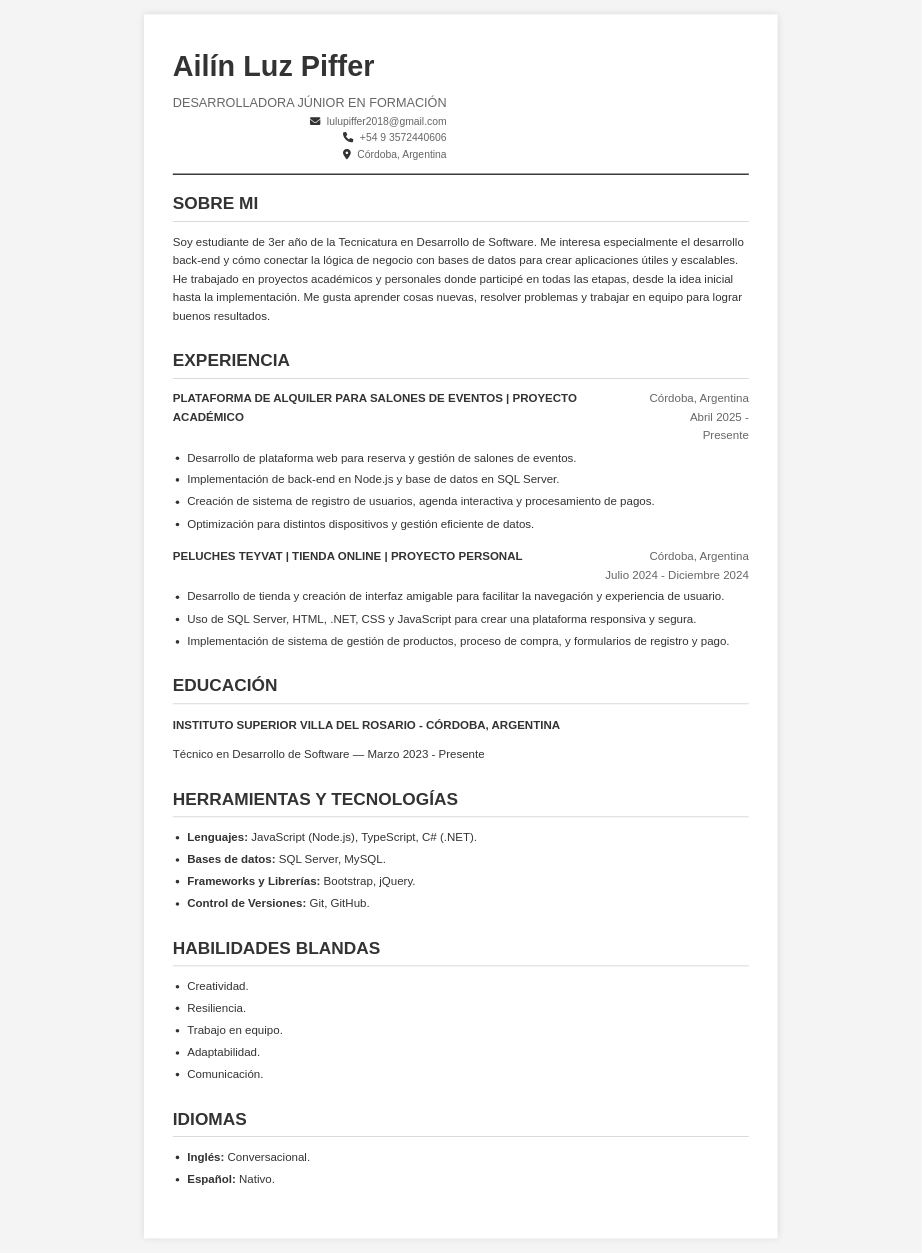
Repository: luzpiffer/curriculum-piffer
Page: index.html
An editor plug-in stored every save of this project. The page is shown before and after the next save, followed by the edit.
The browser window is 1280 px wide. The pictures show the whole page, at 72% of full size.

Above is the page before, as saved 2025-08-26 18:18:15.

### index.html
<!DOCTYPE html>
<html lang="es">
<head>
    <meta charset="UTF-8">
    <meta name="viewport" content="width=device-width, initial-scale=1.0">
    <title>CV - Ailín Luz Piffer</title>
    <link rel="stylesheet" href="style.css">
    <link rel="stylesheet" href="https://cdnjs.cloudflare.com/ajax/libs/font-awesome/6.0.0-beta3/css/all.min.css">
</head>
<body>
    <div class="cv-container">
        <header class="header">
            <div class="header-content-wrapper"> <div class="name-title">
                    <h1>Ailín Luz Piffer</h1>
                    <p>DESARROLLADORA JÚNIOR EN FORMACIÓN</p>
                </div>
                <div class="contact-info">
                    <p><i class="fas fa-envelope"></i> lulupiffer2018@gmail.com</p>
                    <p><i class="fas fa-phone"></i> +54 9 3572440606</p>
                    <p><i class="fas fa-map-marker-alt"></i> Córdoba, Argentina</p>
                </div>
            </div>
        </header>

        <main>
            <section class="section">
                <h2>SOBRE MI</h2>
                <p>Soy estudiante de 3er año de la Tecnicatura en Desarrollo de Software. Me interesa especialmente el desarrollo back-end y cómo conectar la lógica de negocio con bases de datos para crear aplicaciones útiles y escalables. He trabajado en proyectos académicos y personales donde participé en todas las etapas, desde la idea inicial hasta la implementación. Me gusta aprender cosas nuevas, resolver problemas y trabajar en equipo para lograr buenos resultados.</p>
            </section>

            <section class="section">
                <h2>EXPERIENCIA</h2>
                <div class="experience-item">
                    <div class="project-header">
                        <p class="project-title">PLATAFORMA DE ALQUILER PARA SALONES DE EVENTOS | PROYECTO ACADÉMICO</p>
                        <p class="project-location-date">Córdoba, Argentina<br>Abril 2025 - Presente</p>
                    </div>
                    <ul>
                        <li>Desarrollo de plataforma web para reserva y gestión de salones de eventos.</li>
                        <li>Implementación de back-end en Node.js y base de datos en SQL Server.</li>
                        <li>Creación de sistema de registro de usuarios, agenda interactiva y procesamiento de pagos.</li>
                        <li>Optimización para distintos dispositivos y gestión eficiente de datos.</li>
                    </ul>
                </div>
                <div class="experience-item">
                    <div class="project-header">
                        <p class="project-title">PELUCHES TEYVAT | TIENDA ONLINE | PROYECTO PERSONAL</p>
                        <p class="project-location-date">Córdoba, Argentina<br>Julio 2024 - Diciembre 2024</p>
                    </div>
                    <ul>
                        <li>Desarrollo de tienda y creación de interfaz amigable para facilitar la navegación y experiencia de usuario.</li>
                        <li>Uso de SQL Server, HTML, .NET, CSS y JavaScript para crear una plataforma responsiva y segura.</li>
                        <li>Implementación de sistema de gestión de productos, proceso de compra, y formularios de registro y pago.</li>
                    </ul>
                </div>
            </section>

            <section class="section">
                <h2>EDUCACIÓN</h2>
                <div class="education-item">
                    <p><strong>INSTITUTO SUPERIOR VILLA DEL ROSARIO - CÓRDOBA, ARGENTINA</strong></p>
                    <p>Técnico en Desarrollo de Software — Marzo 2023 - Presente</p>
                </div>
            </section>

            <section class="section">
                <h2>HERRAMIENTAS Y TECNOLOGÍAS</h2>
                <ul>
                    <li><strong>Lenguajes:</strong> JavaScript (Node.js), TypeScript, C# (.NET).</li>
                    <li><strong>Bases de datos:</strong> SQL Server, MySQL.</li>
                    <li><strong>Frameworks y Librerías:</strong> Bootstrap, jQuery.</li>
                    <li><strong>Control de Versiones:</strong> Git, GitHub.</li>
                </ul>
            </section>

            <section class="section">
                <h2>HABILIDADES BLANDAS</h2>
                <ul>
                    <li>Creatividad.</li>
                    <li>Resiliencia.</li>
                    <li>Trabajo en equipo.</li>
                    <li>Adaptabilidad.</li>
                    <li>Comunicación.</li>
                </ul>
            </section>

            <section class="section">
                <h2>IDIOMAS</h2>
                <ul>
                    <li><strong>Inglés:</strong> Conversacional.</li>
                    <li><strong>Español:</strong> Nativo.</li>
                </ul>
            </section>
        </main>
    </div>
</body>
</html>

### style.css
body {
    font-family: Arial, sans-serif;
    line-height: 1.6;
    background-color: #f4f4f4;
    color: #333;
    padding: 20px;
    margin: 0;
}

.cv-container {
    max-width: 800px;
    margin: 0 auto;
    background-color: #fff;
    padding: 40px;
    box-shadow: 0 0 10px rgba(0, 0, 0, 0.1);
}

.header {
    display: flex;
    justify-content: space-between;
    align-items: flex-start;
    border-bottom: 2px solid #333;
    padding-bottom: 15px;
    margin-bottom: 20px;
}

.name-title h1 {
    font-size: 2.5em;
    font-weight: bold;
    color: #333;
    margin: 0;
}

.name-title p {
    font-size: 1.1em;
    color: #666;
    margin: 5px 0 0 0;
}

.contact-info {
    text-align: right;
    font-size: 0.9em;
    color: #666;
}

.contact-info p {
    margin: 0;
}

.contact-info i {
    color: #333;
    margin-right: 5px;
}

.section {
    margin-bottom: 30px;
}

.section h2 {
    font-size: 1.5em;
    font-weight: bold;
    color: #333;
    border-bottom: 1px solid #ccc;
    padding-bottom: 5px;
    margin-bottom: 15px;
}

.section p, .section li {
    font-size: 1em;
}

.experience-item {
    margin-bottom: 20px;
}

.project-header {
    display: flex;
    justify-content: space-between;
    align-items: flex-start;
    margin-bottom: 5px;
}

.project-title {
    font-weight: bold;
    margin: 0;
    font-size: 1.1em;
}

.project-location-date {
    text-align: right;
    font-size: 0.9em;
    color: #666;
    margin: 0;
}

ul {
    list-style-type: disc;
    padding-left: 20px;
    margin: 0;
}

li {
    margin-bottom: 5px;
}

After the next save:
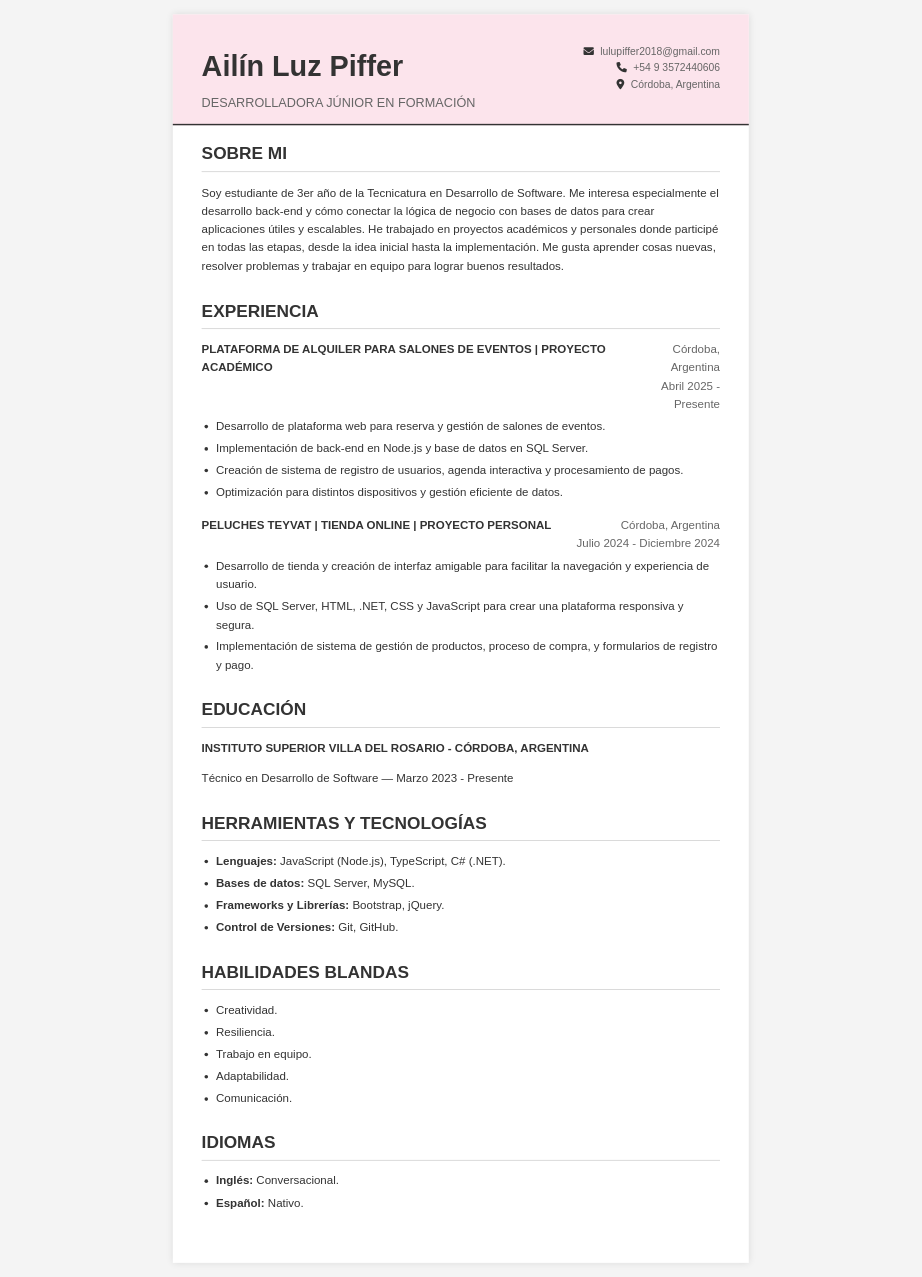
Saved 18 s later.
--- a/style.css
+++ b/style.css
@@ -10,19 +10,26 @@ body {
 .cv-container {
     max-width: 800px;
     margin: 0 auto;
-    background-color: #fff;
-    padding: 40px;
+    background-color: #fff; /* El contenedor principal sigue siendo blanco */
     box-shadow: 0 0 10px rgba(0, 0, 0, 0.1);
 }
 
 .header {
-    display: flex;
+    /* Eliminamos el padding-bottom y border-bottom de aquí */
+    margin-bottom: 20px;
+}
+
+/* Nuevo estilo para el fondo rosado */
+.header-content-wrapper {
+    background-color: #fce4ec; /* Un rosado pastel claro */
+    padding: 40px; /* Aquí movemos el padding original del .cv-container */
+    padding-bottom: 15px; /* Ajuste para el espacio inferior */
+    border-bottom: 2px solid #333; /* La línea divisoria ahora está aquí */
+    display: flex; /* Mantenemos el flexbox para los elementos internos */
     justify-content: space-between;
     align-items: flex-start;
-    border-bottom: 2px solid #333;
-    padding-bottom: 15px;
-    margin-bottom: 20px;
 }
+
 
 .name-title h1 {
     font-size: 2.5em;
@@ -50,6 +57,12 @@ body {
 .contact-info i {
     color: #333;
     margin-right: 5px;
+}
+
+/* El resto de las secciones mantienen el padding original del cv-container */
+main {
+    padding: 40px;
+    padding-top: 0; /* Para evitar doble padding con el header */
 }
 
 .section {
